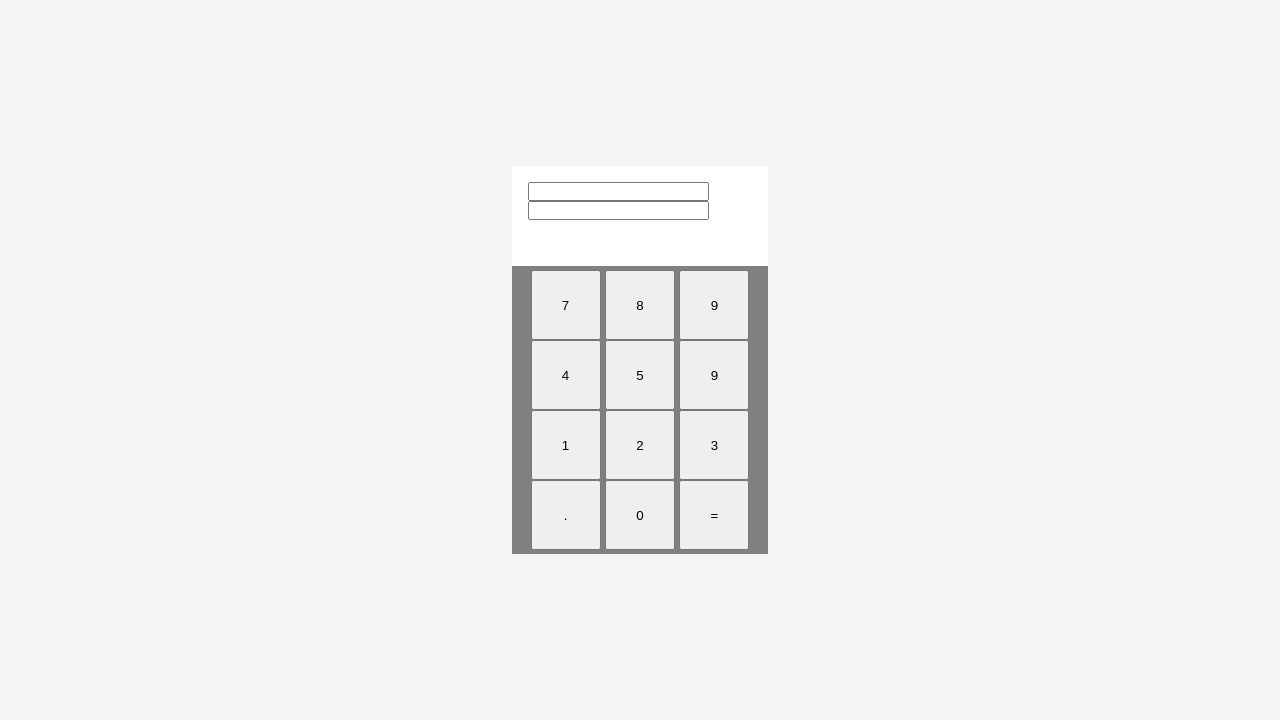
Repository: DNature/calc
Page: index.html
The author's editor kept a copy of each file at every save. The page is drawn from the files as they stood at one save, then again after the next save.
The browser window is 1280 px wide. The pictures show the whole page.

Above is the page before, as saved 2019-11-20 23:33:02.

### index.html
<!DOCTYPE html>
<html lang="en">
  <head>
    <meta charset="UTF-8" />
    <meta name="viewport" content="width=device-width, initial-scale=1.0" />
    <meta http-equiv="X-UA-Compatible" content="ie=edge" />
    <link rel="stylesheet" href="css/style.css" />
    <title>Calculator</title>
  </head>
  <body>
    <div class="calculator">
      <div class="output">
        <input type="number" id="subField" />
        <input type="number" id="mainField" />
      </div>

      <div class="inputs">
        <div class="row">
          <button id="" class="button">7</button>
          <button id="" class="button">8</button>
          <button id="" class="button">9</button>
        </div>
        <div class="row">
          <button id="" class="button">4</button>
          <button id="" class="button">5</button>
          <button id="" class="button">9</button>
        </div>
        <div class="row">
          <button id="" class="button">1</button>
          <button id="" class="button">2</button>
          <button id="" class="button">3</button>
        </div>
        <div class="row">
          <button id="" class="button">.</button>
          <button id="" class="button">0</button>
          <button id="" class="button">=</button>
        </div>
      </div>
    </div>
    <script src="./js/index.js"></script>
  </body>
</html>

### css/style.css
* {
  margin: 0;
  padding: 0;
  box-sizing: border-box;
}

body {
  font-family: Arial, Helvetica, sans-serif;
  background: #f4f4f4;
  height: 100vh;
  width: 100vw;
  display: grid;
  place-content: center;
}

.calculator {
  width: 20vw;
  background: white;
  display: grid;
  place-content: center;

  border-radius: 5px;
}

.output {
  height: 100px;
  padding: 1rem;
  background: white;
}

.inputs {
  background: grey;
  display: grid;
  place-content: center;
  height: 40vh;
}

.button {
  width: 70px;
  height: 70px;
}

Loaded but not shown: js/index.js (no stored copy; drawn as an empty file)

After the next save:
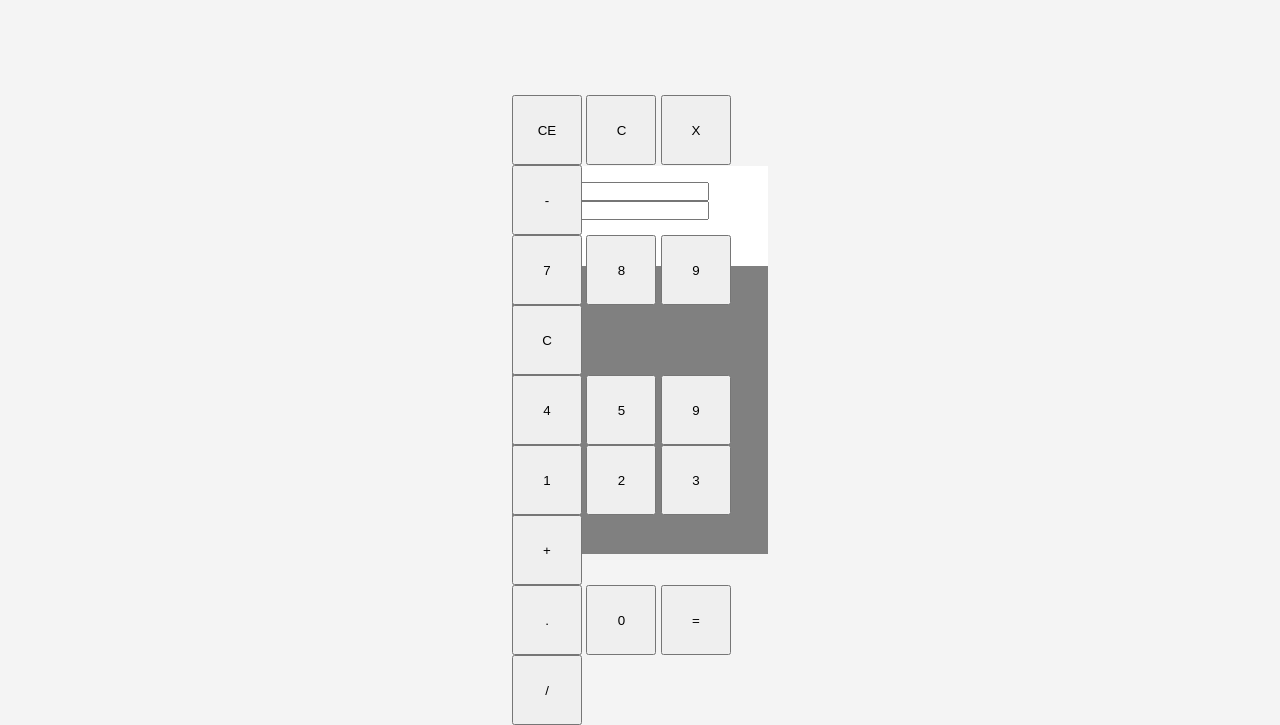
Saved 36 s later.
--- a/index.html
+++ b/index.html
@@ -16,9 +16,16 @@
 
       <div class="inputs">
         <div class="row">
+          <button id="" class="button">CE</button>
+          <button id="" class="button">C</button>
+          <button id="" class="button">X</button>
+          <button id="" class="button">-</button>
+        </div>
+        <div class="row">
           <button id="" class="button">7</button>
           <button id="" class="button">8</button>
           <button id="" class="button">9</button>
+          <button id="" class="button">C</button>
         </div>
         <div class="row">
           <button id="" class="button">4</button>
@@ -29,11 +36,13 @@
           <button id="" class="button">1</button>
           <button id="" class="button">2</button>
           <button id="" class="button">3</button>
+          <button id="" class="button">+</button>
         </div>
         <div class="row">
           <button id="" class="button">.</button>
           <button id="" class="button">0</button>
           <button id="" class="button">=</button>
+          <button id="" class="button">/</button>
         </div>
       </div>
     </div>
